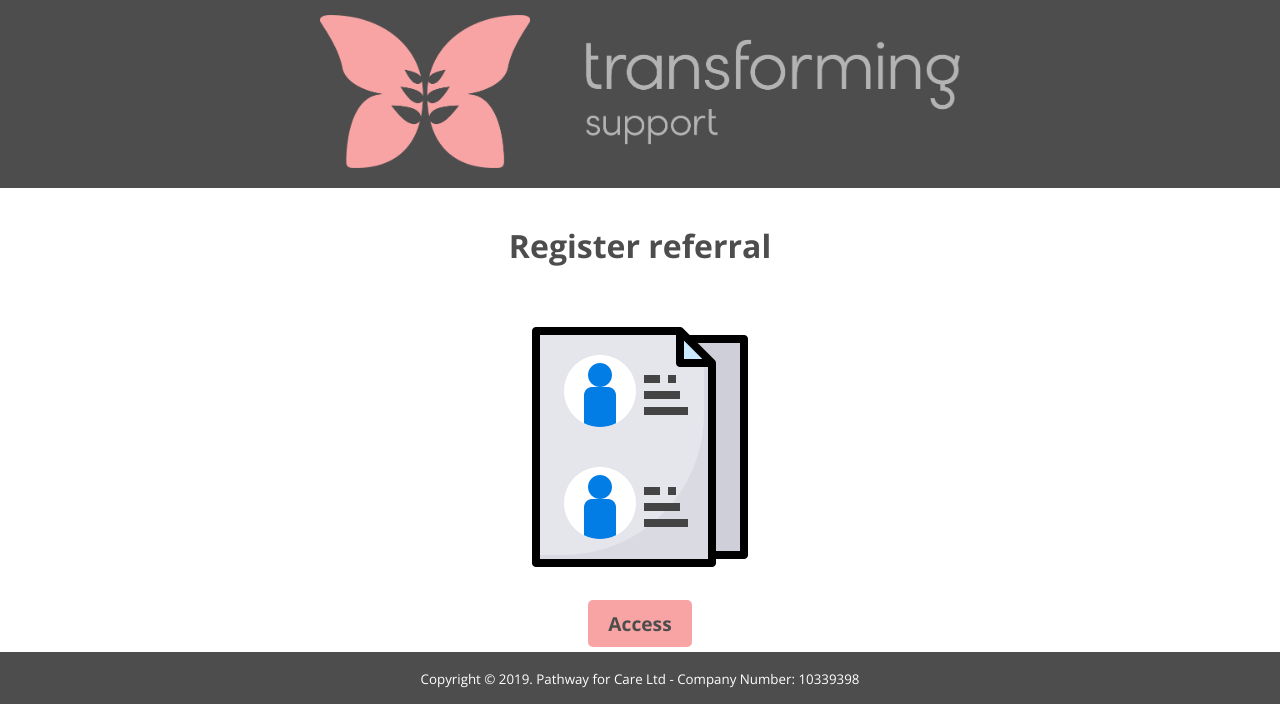
Repository: israelrodriguees/QAactivity
Page: http://localhost/referral/index.jsp
These files come from the project's save history. The page is drawn as it stood at one moment and after the next save; the edit follows.
The browser window is 1280 px wide. The pictures show the whole page.
The page is served by Tomcat 9.

Above is the page before, as saved 2021-09-08 14:43:21.

After the next save:
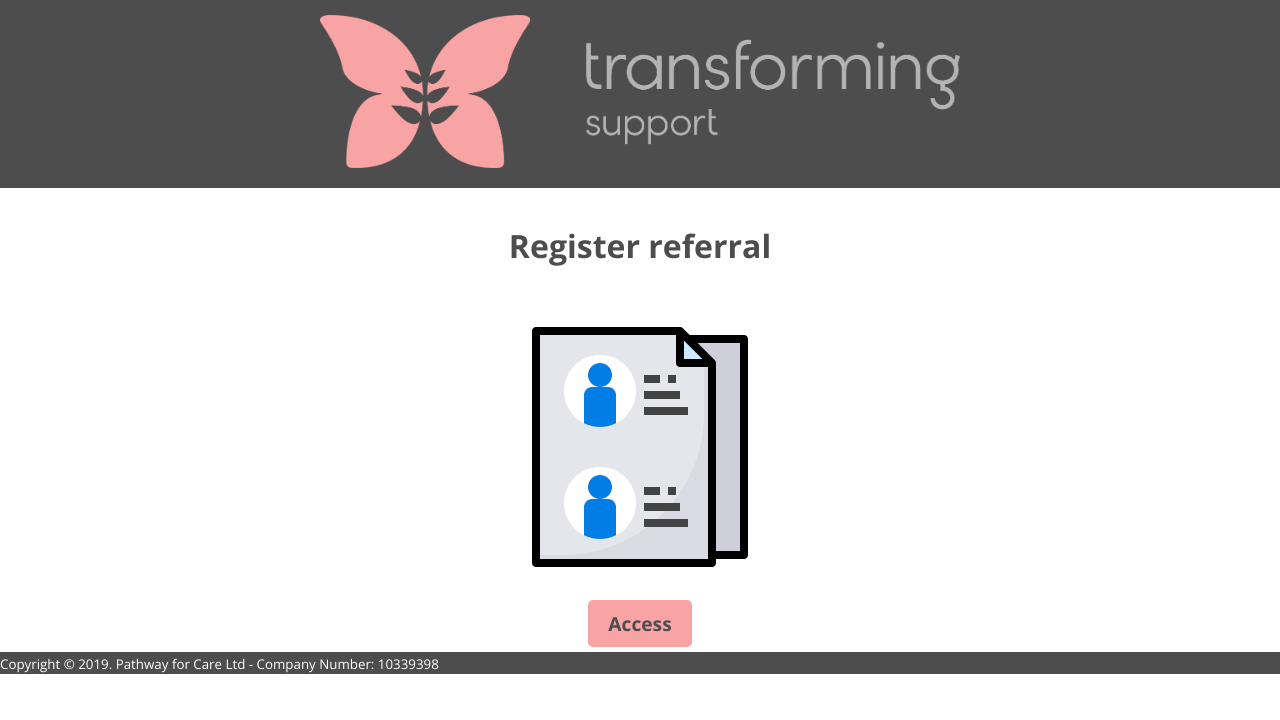
Saved 47 s later.
--- a/referral/src/main/webapp/index.jsp
+++ b/referral/src/main/webapp/index.jsp
@@ -27,10 +27,8 @@
 
 		</main>
 		<footer style="background-color: #4d4d4d;">
-			<div class="divHP">
 				<small> Copyright © 2019. Pathway for Care Ltd - Company
 					Number: 10339398 </small>
-			</div>
 
 		</footer>
 	</div>
